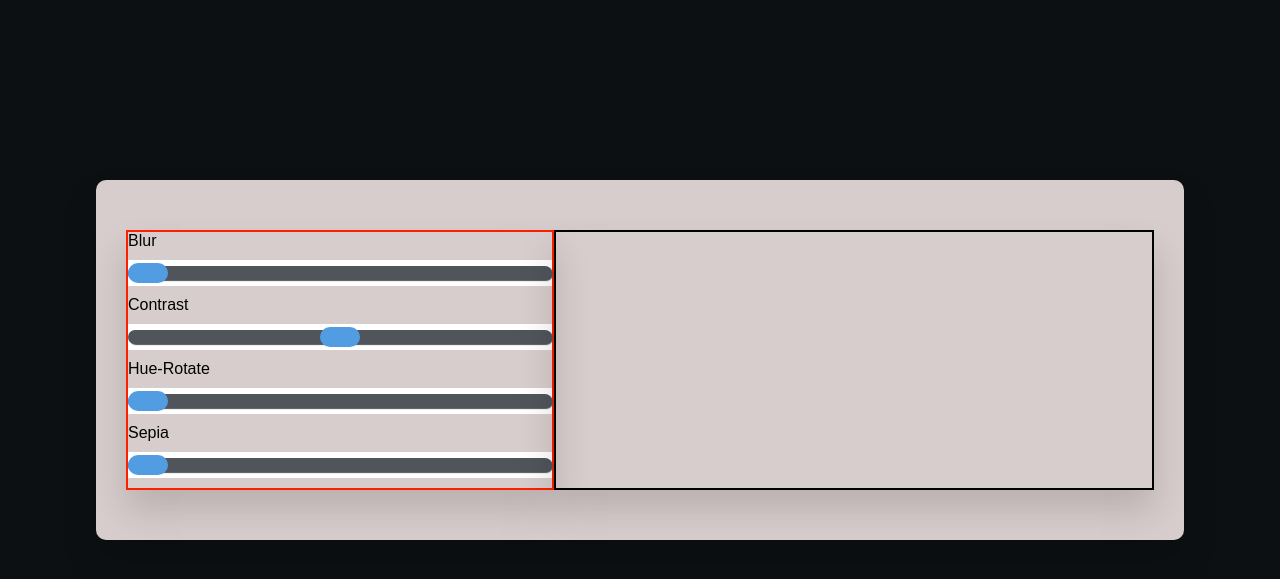
Repository: Larrowo/Challenges
Page: Photo filter/index.html
The author's editor kept a copy of each file at every save. The page is drawn from the files as they stood at one save, then again after a run of saves.
The browser window is 1280 px wide. The pictures show the whole page.

Above is the page before, as saved 2022-04-01 12:31:35.

### Photo filter/index.html
<!DOCTYPE html>
<html lang="en">
<head>
    <meta charset="UTF-8">
    <meta http-equiv="X-UA-Compatible" content="IE=edge">
    <meta name="viewport" content="width=device-width, initial-scale=1.0">
    <link rel="stylesheet" href="style.css">
    <script src="script.js" defer></script>
    <title>Document</title>
</head>
<body>
    <div class="wrapper">
        <div class="editor">
            <div class="filter">
                <label for="blur">Blur</label>
                <input type="range" min="0" max="5" value="0" step="0.1" id="blur">
            </div>
            <div class="filter">
                <label for="contrast">Contrast</label>
                <input type="range" min="0" max="200" value="100"  id="Contrast">
            </div>
            <div class="filter">
                <label for="Hue-rotate">Hue-Rotate</label>
                <input type="range" min="0" max="360" value="0"  id="Hue-rotate">
            </div>
            <div class="filter">
                <label for="Sepia">Sepia</label>
                <input type="range" min="0" max="100" value="0"  id="Sepia">
            </div>

        </div>
        <div class="results">

        </div>
    </div>
</body>
</html>

### Photo filter/style.css
*{
    padding: 0;
    margin: 0;
    box-sizing: border-box;
    font-family: "Rubik",sans-serif;
}

body{
    background-color: #0c1013;
}

 .wrapper{
     width: 85vw;
     padding: 50px 30px;
     background-color: #d8cdcd;
     position: absolute;
     transform: translate(-50%,-50%);
     top: 50%;
     left: 50%;
     border-radius: 10px;
     box-shadow: 0 20px 35px rgba(0,0,0,0.15);
     display: grid;
     grid-template-columns: 5fr 7fr;
 }

 .editor{
     border: 2px solid rgb(255, 30, 0);
     box-shadow: 0 20px 35px rgba(0,0,0,0.15);
     min-height: 35vmin;
     display: flex;
     flex-direction: column;
 }

 .results{
     border: 2px solid rgb(0, 0, 0);
     box-shadow: 0 20px 35px rgba(0,0,0,0.15);
 }

 /*Todo lo que está debajo fue descaradamente robado*/

 input[type=range] {
    height: 26px;
    -webkit-appearance: none;
    margin: 10px 0;
    width: 100%;
  }
  input[type=range]:focus {
    outline: none;
  }
  input[type=range]::-webkit-slider-runnable-track {
    width: 100%;
    height: 14px;
    cursor: pointer;
    animate: 0.2s;
    box-shadow: 1px 1px 1px #50555C;
    background: #50555C;
    border-radius: 14px;
    border: 0px solid #000000;
  }
  input[type=range]::-webkit-slider-thumb {
    box-shadow: 0px 0px 0px #000000;
    border: 0px solid #000000;
    height: 20px;
    width: 40px;
    border-radius: 12px;
    background: #529DE1;
    cursor: pointer;
    -webkit-appearance: none;
    margin-top: -3px;
  }
  input[type=range]:focus::-webkit-slider-runnable-track {
    background: #50555C;
  }
  input[type=range]::-moz-range-track {
    width: 100%;
    height: 14px;
    cursor: pointer;
    animate: 0.2s;
    box-shadow: 1px 1px 1px #50555C;
    background: #50555C;
    border-radius: 14px;
    border: 0px solid #000000;
  }
  input[type=range]::-moz-range-thumb {
    box-shadow: 0px 0px 0px #000000;
    border: 0px solid #000000;
    height: 20px;
    width: 40px;
    border-radius: 12px;
    background: #529DE1;
    cursor: pointer;
  }
  input[type=range]::-ms-track {
    width: 100%;
    height: 14px;
    cursor: pointer;
    animate: 0.2s;
    background: transparent;
    border-color: transparent;
    color: transparent;
  }
  input[type=range]::-ms-fill-lower {
    background: #50555C;
    border: 0px solid #000000;
    border-radius: 28px;
    box-shadow: 1px 1px 1px #50555C;
  }
  input[type=range]::-ms-fill-upper {
    background: #50555C;
    border: 0px solid #000000;
    border-radius: 28px;
    box-shadow: 1px 1px 1px #50555C;
  }
  input[type=range]::-ms-thumb {
    margin-top: 1px;
    box-shadow: 0px 0px 0px #000000;
    border: 0px solid #000000;
    height: 20px;
    width: 40px;
    border-radius: 12px;
    background: #529DE1;
    cursor: pointer;
  }
  input[type=range]:focus::-ms-fill-lower {
    background: #50555C;
  }
  input[type=range]:focus::-ms-fill-upper {
    background: #50555C;
  }

Loaded but not shown: Photo filter/script.js (no copy from this time; the picture is the same without it)

After the next 2 saves:
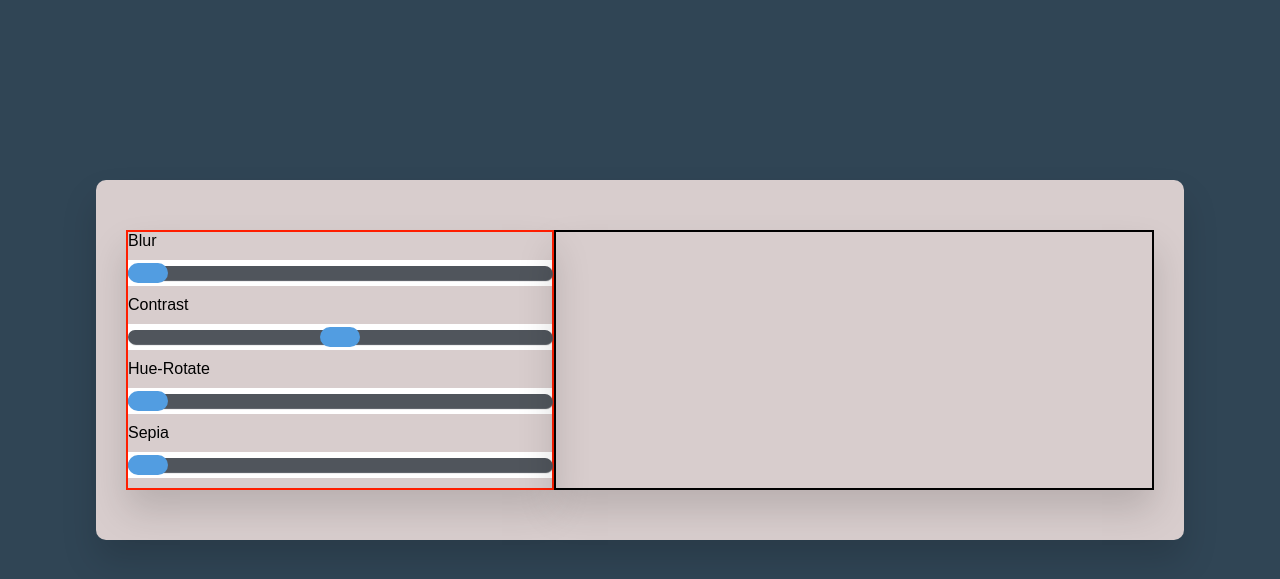
The 2 saves are shown as one change because they came seconds apart.
The last was saved 6 s later.
--- a/Photo filter/style.css
+++ b/Photo filter/style.css
@@ -6,7 +6,7 @@
 }
 
 body{
-    background-color: #0c1013;
+    background-color: #304555;
 }
 
  .wrapper{
